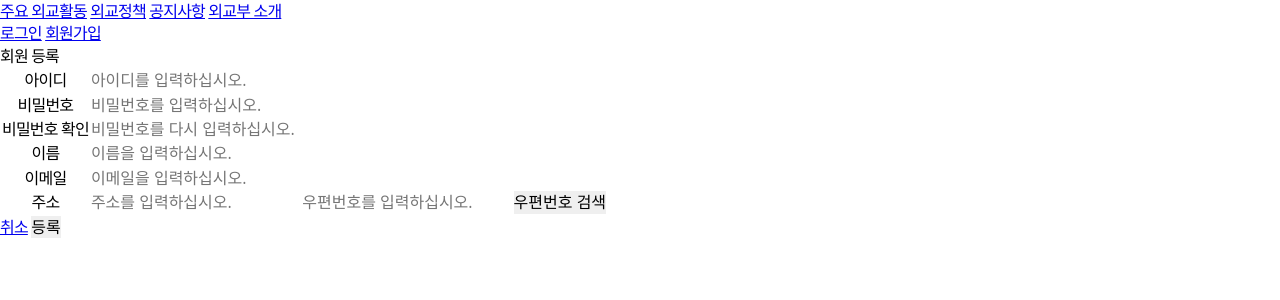
Repository: dllgkdud/pro07
Page: http://localhost/pro07/WEB-INF/views/users/add.jsp
An editor plug-in stored every save of this project. The page is shown before and after the next save, followed by the edit.
The browser window is 1280 px wide. The pictures show the whole page.
Some web fonts or font styles are not loaded; a fallback is used. The page is served by Tomcat 9. Nobody is signed in. Other server files are loaded and not shown. The template is opened directly, without the code that normally fills it, so the values that code supplies are empty.

Above is the page before, as saved 2022-12-30 04:54:14.

### pro07/src/main/webapp/WEB-INF/views/users/add.jsp
<%@ page language="java" contentType="text/html; charset=UTF-8"
    pageEncoding="UTF-8"%>
<%@ taglib prefix="c" uri="http://java.sun.com/jsp/jstl/core"  %>
<%@ taglib prefix="fmt" uri="http://java.sun.com/jsp/jstl/fmt" %>
<%@ taglib prefix="fn" uri = "http://java.sun.com/jsp/jstl/functions" %>
<c:set var="path1" value="${pageContext.request.contextPath }" />
<!DOCTYPE html>
<html>
<head>
	<meta charset="UTF-8">
    <meta http-equiv="X-UA-Compatible" content="IE=edge">
    <meta name="viewport" content="width=device-width, initial-scale=1.0, user-scalable=no">
	<title>회원 등록 | 외교부</title>
	<jsp:include page="../common/head.jsp"></jsp:include>
</head>
<body>
<header><jsp:include page="../common/header.jsp"></jsp:include></header>
	<h2>회원 등록</h2>
	<!-- action="${path1 }/notice/add.do" method="post" -->
	<form >
		<table class="table">
			<tr>
				<th>아이디</th>
				<td>
					<input type="text" name="id" id="id" placeholder="아이디를 입력하십시오." required>
				</td>
			</tr>
			<tr>
				<th>비밀번호</th>
				<td><input type="password" name="pw" id="pw" placeholder="비밀번호를 입력하십시오." required></td>
			</tr>
			<tr>
				<th>비밀번호 확인</th>
				<td><input type="password" name="pw2" id="pw2" placeholder="비밀번호를 다시 입력하십시오." required></td>
			</tr>
			<tr>
				<th>이름</th>
				<td><input type="text" name="name" id="name" placeholder="이름을 입력하십시오." required></td>
			</tr>
			<tr>
				<th>이메일</th>
				<td><input type="email" name="email" id="email" placeholder="이메일을 입력하십시오." required></td>
			</tr>
			<tr>
				<th>주소</th>
				<td>
					<input type="text" name="address" id="address" placeholder="주소를 입력하십시오." required>
					<input type="text" name="postcode" id="postcode" placeholder="우편번호를 입력하십시오." required>
					<button id="button" onclick="findAddr()" class="button">우편번호 검색</button>
				</td>
			</tr>
		</table>
		<div class="button_group">
			<a href="${path1 }/users/list" class="reset_btn">취소</a>
			<input type="submit" class="submit_btn" value="등록">
		</div>
	</form>
</body>
</html>

### pro07/src/main/webapp/WEB-INF/views/common/head.jsp
<%@ page language="java" contentType="text/html; charset=UTF-8"
    pageEncoding="UTF-8"%>

    <!-- open graph -->
    <meta name="author" content="외교부" />
	<meta name="keywords" content="외교부,외교부,여권,비자,재외공관" />
	<meta name="description" content="외교부 홈페이지에 오신것을 환영합니다." />
	<meta property="og:type" content="website" />
	<meta property="og:title" content="외교부" />
	<meta property="og:site_name" content="외교부" />
	<meta property="og:description" content="외교부" />
	<meta property="og:url" content="https://dllgkdud.github.io/web07" />
	<meta property="og:image" content="http://localhost:8097/mofa/resources/assets/siteimg.png" />

	<!-- absolute path -->
	<link rel="shortcut icon" href="http://localhost:8097/mofa/resources/assets/icon/favicon.ico">
    <link rel="icon" type="image/png" href="http://localhost:8097/mofa/resources/assets/icon/favicon-16X16.png" sizes="16x16">
    <link rel="icon" type="image/png" href="http://localhost:8097/mofa/resources/assets/icon/favicon-32X32.png" sizes="32x32">
    <link rel="icon" type="image/png" href="http://localhost:8097/mofa/resources/assets/icon/favicon-48X48.png" sizes="48x48">

	<link rel="stylesheet" href="http://localhost:8097/mofa/resources/assets/css/default.css" type="text/css">
	<link rel="stylesheet" href="http://localhost:8097/mofa/resources/assets/css/main.css" type="text/css">

### pro07/src/main/webapp/WEB-INF/views/common/header.jsp
<%@ page language="java" contentType="text/html; charset=UTF-8"
    pageEncoding="UTF-8"%>
<%@ taglib prefix="c" uri="http://java.sun.com/jsp/jstl/core"  %>
<%@ taglib prefix="fmt" uri="http://java.sun.com/jsp/jstl/fmt" %>
<%@ taglib prefix="fn" uri = "http://java.sun.com/jsp/jstl/functions" %>
<c:set var="path1" value="${pageContext.request.contextPath }" />
<header>
	<div class="gnb">
		<a href="#">주요 외교활동</a>
		<a href="#">외교정책</a>
		<a href="${path1 }/notice/list">공지사항</a>
		<a href="#">외교부 소개</a>
	</div>
	<div class="tnb">
		<a href="#">로그인</a>
		<a href="${path1 }/user/add">회원가입</a>
	</div>
</header>

### pro07/src/main/webapp/resources/assets/css/default.css
/*# sourceURL=resources/assets/css/default.css */
@charset "UTF-8";

/* font */
/* bebas-neue-regular - latin-ext_latin */
@font-face { font-family: 'Bebas Neue'; font-style: normal; font-weight: 400; src: url("/www-new/css/../fonts/bebas-neue-v2-latin-ext_latin-regular.eot"); /* IE9 Compat Modes */ src: local(""), url("/www-new/css/../fonts/bebas-neue-v2-latin-ext_latin-regular.eot?#iefix") format("embedded-opentype"), url("/www-new/css/../fonts/bebas-neue-v2-latin-ext_latin-regular.woff2") format("woff2"), url("/www-new/css/../fonts/bebas-neue-v2-latin-ext_latin-regular.woff") format("woff"), url("/www-new/css/../fonts/bebas-neue-v2-latin-ext_latin-regular.ttf") format("truetype"), url("/www-new/css/../fonts/bebas-neue-v2-latin-ext_latin-regular.svg#BebasNeue") format("svg"); /* Legacy iOS */ }

/* playfair-display-regular - latin */
@font-face { font-family: 'Playfair Display'; font-style: normal; font-weight: 400; src: url("/www-new/css/../fonts/playfair-display-v22-latin-regular.eot"); /* IE9 Compat Modes */ src: local(""), url("/www-new/css/../fonts/playfair-display-v22-latin-regular.eot?#iefix") format("embedded-opentype"), url("/www-new/css/../fonts/playfair-display-v22-latin-regular.woff2") format("woff2"), url("/www-new/css/../fonts/playfair-display-v22-latin-regular.woff") format("woff"), url("/www-new/css/../fonts/playfair-display-v22-latin-regular.ttf") format("truetype"), url("/www-new/css/../fonts/playfair-display-v22-latin-regular.svg#PlayfairDisplay") format("svg"); /* Legacy iOS */ }
@font-face { font-family: 'Playfair Display'; font-style: normal; font-weight: 500; src: url("/www-new/css/../fonts/playfair-display-v22-latin-500.eot"); /* IE9 Compat Modes */ src: local(""), url("/www-new/css/../fonts/playfair-display-v22-latin-500.eot?#iefix") format("embedded-opentype"), url("/www-new/css/../fonts/playfair-display-v22-latin-500.woff2") format("woff2"), url("/www-new/css/../fonts/playfair-display-v22-latin-500.woff") format("woff"), url("/www-new/css/../fonts/playfair-display-v22-latin-500.ttf") format("truetype"), url("/www-new/css/../fonts/playfair-display-v22-latin-500.svg#PlayfairDisplay") format("svg"); /* Legacy iOS */ }
@font-face { font-family: 'Playfair Display'; font-style: normal; font-weight: 600; src: url("/www-new/css/../fonts/playfair-display-v22-latin-600.eot"); /* IE9 Compat Modes */ src: local(""), url("/www-new/css/../fonts/playfair-display-v22-latin-600.eot?#iefix") format("embedded-opentype"), url("/www-new/css/../fonts/playfair-display-v22-latin-600.woff2") format("woff2"), url("/www-new/css/../fonts/playfair-display-v22-latin-600.woff") format("woff"), url("/www-new/css/../fonts/playfair-display-v22-latin-600.ttf") format("truetype"), url("/www-new/css/../fonts/playfair-display-v22-latin-600.svg#PlayfairDisplay") format("svg"); /* Legacy iOS */ }

/* eb-garamond-regular - latin */
@font-face { font-family: 'EB Garamond'; font-style: normal; font-weight: 400; src: url("/www-new/css/../fonts/eb-garamond-v15-latin-regular.eot"); /* IE9 Compat Modes */ src: local(""), url("/www-new/css/../fonts/eb-garamond-v15-latin-regular.eot?#iefix") format("embedded-opentype"), url("/www-new/css/../fonts/eb-garamond-v15-latin-regular.woff2") format("woff2"), url("/www-new/css/../fonts/eb-garamond-v15-latin-regular.woff") format("woff"), url("/www-new/css/../fonts/eb-garamond-v15-latin-regular.ttf") format("truetype"), url("/www-new/css/../fonts/eb-garamond-v15-latin-regular.svg#EBGaramond") format("svg"); /* Legacy iOS */ }
@font-face { font-family: 'EB Garamond'; font-style: normal; font-weight: 500; src: url("/www-new/css/../fonts/eb-garamond-v15-latin-500.eot"); /* IE9 Compat Modes */ src: local(""), url("/www-new/css/../fonts/eb-garamond-v15-latin-500.eot?#iefix") format("embedded-opentype"), url("/www-new/css/../fonts/eb-garamond-v15-latin-500.woff2") format("woff2"), url("/www-new/css/../fonts/eb-garamond-v15-latin-500.woff") format("woff"), url("/www-new/css/../fonts/eb-garamond-v15-latin-500.ttf") format("truetype"), url("/www-new/css/../fonts/eb-garamond-v15-latin-500.svg#EBGaramond") format("svg"); /* Legacy iOS */ }
@font-face { font-family: 'EB Garamond'; font-style: normal; font-weight: 600; src: url("/www-new/css/../fonts/eb-garamond-v15-latin-600.eot"); /* IE9 Compat Modes */ src: local(""), url("/www-new/css/../fonts/eb-garamond-v15-latin-600.eot?#iefix") format("embedded-opentype"), url("/www-new/css/../fonts/eb-garamond-v15-latin-600.woff2") format("woff2"), url("/www-new/css/../fonts/eb-garamond-v15-latin-600.woff") format("woff"), url("/www-new/css/../fonts/eb-garamond-v15-latin-600.ttf") format("truetype"), url("/www-new/css/../fonts/eb-garamond-v15-latin-600.svg#EBGaramond") format("svg"); /* Legacy iOS */ }
@font-face { font-family: 'EB Garamond'; font-style: normal; font-weight: 700; src: url("/www-new/css/../fonts/eb-garamond-v15-latin-700.eot"); /* IE9 Compat Modes */ src: local(""), url("/www-new/css/../fonts/eb-garamond-v15-latin-700.eot?#iefix") format("embedded-opentype"), url("/www-new/css/../fonts/eb-garamond-v15-latin-700.woff2") format("woff2"), url("/www-new/css/../fonts/eb-garamond-v15-latin-700.woff") format("woff"), url("/www-new/css/../fonts/eb-garamond-v15-latin-700.ttf") format("truetype"), url("/www-new/css/../fonts/eb-garamond-v15-latin-700.svg#EBGaramond") format("svg"); /* Legacy iOS */ }

/* Noto Sans */
@font-face { font-family: 'Noto Sans'; font-weight: 200; font-style: normal; src: url("/www-new/css/../fonts/NotoSansKR-Light.eot"); src: local(��), url("/www-new/css/../fonts/NotoSansKR-Light.eot#iefix") format("embedded-opentype"), url("/www-new/css/../fonts/NotoSansKR-Light.woff") format("woff"), url("/www-new/css/../fonts/NotoSansKR-Light.otf") format("opentype"); }
@font-face { font-family: 'Noto Sans'; font-weight: 300; font-style: normal; src: url("/www-new/css/../fonts/NotoSansKR-DemiLight.eot"); src: local(��), url("/www-new/css/../fonts/NotoSansKR-DemiLight.eot#iefix") format("embedded-opentype"), url("/www-new/css/../fonts/NotoSansKR-DemiLight.woff") format("woff"), url("/www-new/css/../fonts/NotoSansKR-DemiLight.otf") format("opentype"); }
@font-face { font-family: 'Noto Sans'; font-weight: 400; font-style: normal; src: url("/www-new/css/../common/fonts/NotoSansKR-Regular.eot"); src: local(��), url("/www-new/css/../fonts/NotoSansKR-Regular.eot#iefix") format("embedded-opentype"), url("/www-new/css/../fonts/NotoSansKR-Regular.woff") format("woff"), url("/www-new/css/../fonts/NotoSansKR-Regular.otf") format("opentype"); }
@font-face { font-family: 'Noto Sans'; font-weight: 500; font-style: normal; src: url("/www-new/css/../fonts/NotoSansKR-Medium.eot"); src: local(��), url("/www-new/css/../fonts/NotoSansKR-Medium.eot#iefix") format("embedded-opentype"), url("/www-new/css/../fonts/NotoSansKR-Medium.woff") format("woff"), url("/www-new/css/../fonts/NotoSansKR-Medium.otf") format("opentype"); }
@font-face { font-family: 'Noto Sans'; font-weight: 700; font-style: normal; src: url("/www-new/css/../fonts/NotoSansKR-Bold.eot"); src: local(��), url("/www-new/css/../fonts/NotoSansKR-Bold.eot#iefix") format("embedded-opentype"), url("/www-new/css/../fonts/NotoSansKR-Bold.woff") format("woff"), url("/www-new/css/../fonts/NotoSansKR-Bold.otf") format("opentype"); }

/* NanumMyeongjo */
@font-face { font-family: 'NanumMyeongjo'; font-style: normal; font-weight: 400; src: local("��"), url("/www-new/css/../fonts/NanumMyeongjoR.woff2") format("woff2"), url("/www-new/css/../fonts/NanumMyeongjoR.woff") format("woff"), url("/www-new/css/../fonts/NanumMyeongjoR.ttf") format("truetype"), url("/www-new/css/../fonts/NanumMyeongjoR.otf") format("opentype"), url("/www-new/css/../fonts/NanumMyeongjoR.eot") format("embedded-opentype"); }
@font-face { font-family: 'NanumMyeongjo'; font-style: normal; font-weight: 700; src: local("��"), url("/www-new/css/../fonts/NanumMyeongjoB.woff2") format("woff2"), url("/www-new/css/../fonts/NanumMyeongjoB.woff") format("woff"), url("/www-new/css/../fonts/NanumMyeongjoB.ttf") format("truetype"), url("/www-new/css/../fonts/NanumMyeongjoB.otf") format("opentype"), url("/www-new/css/../fonts/NanumMyeongjoB.eot") format("embedded-opentype"); }
@font-face { font-family: 'NanumMyeongjo'; font-style: normal; font-weight: 900; src: local("��"), url("/www-new/css/../fonts/NanumMyeongjoEB.woff2") format("woff2"), url("/www-new/css/../fonts/NanumMyeongjoEB.woff") format("woff"), url("/www-new/css/../fonts/NanumMyeongjoEB.ttf") format("truetype"), url("/www-new/css/../fonts/NanumMyeongjoEB.otf") format("opentype"), url("/www-new/css/../fonts/NanumMyeongjoEB.eot") format("embedded-opentype"); }
@font-face { font-family: 'GmarketSans'; font-style: normal; font-weight: 300; src: local("��"), url("/www-new/css/../fonts/GmarketSansLight.woff2") format("woff2"), url("/www-new/css/../fonts/GmarketSansLight.woff") format("woff"); }
@font-face { font-family: 'GmarketSans'; font-style: normal; font-weight: 500; src: local("��"), url("/www-new/css/../fonts/GmarketSansMedium.woff2") format("woff2"), url("/www-new/css/../fonts/GmarketSansMedium.woff") format("woff"); }
@font-face { font-family: 'GmarketSans'; font-style: normal; font-weight: 600; src: local("��"), url("/www-new/css/../fonts/GmarketSansBold.woff2") format("woff2"), url("/www-new/css/../fonts/GmarketSansBold.woff") format("woff"); }

/* reset.css */
html, body, div, span, iframe, h1, h2, h3, h4, h5, h6, p, a, abbr, address, em, img, small, strike, strong, sub, sup, var, b, u, i, center, dl, dt, dd, ul, ol, li, form, fieldset, legend, label, input, button, select, textarea, header, main, footer, section, article, aside, menu, nav, table, tbody, tfoot, thead, tr, th, td { margin: 0; padding: 0; border: 0; font-size: 100%; font: inherit; -webkit-box-sizing: border-box; box-sizing: border-box; }
html, body { width: 100%; height: 100%; }
body { font-size: 16px; line-height: 1.4; color: #000; letter-spacing: -0.05em; font-family: 'Open Sans','Noto Sans','sans-serif'; }


/* header */
.header {height: 145px;position: absolute;left: 0;top: 0;overflow: hidden;z-index: 100;background-color: #fff;width: 100%;/* box-shadow: 0px 0px 8px 4px rgb(51 51 51 / 20%); */}
.header:after { content: ''; display: block; clear: both; }
.header:before {position: absolute;left: 0;top: 146px;bottom: 0;width: 400px;height: calc(100% - 144px);background: #14296c url("/www-new/css/../images/common/bg_gnb.jpg") no-repeat right top/100% auto;content: '';}
.header .top_menu {width: 100%;height: 60px;margin: 0 auto;display: flex;align-items: center;justify-content: space-between;font-size: 12px;line-height: 30px;font-family: "Noto Sans", "sans-serif";/* border-bottom: 1px solid; */}
.header .top_menu:after { content: ''; display: block; clear: both; }

/* footer */

### pro07/src/main/webapp/resources/assets/css/main.css
/*# sourceURL=resources/assets/css/main.css */
@charset "UTF-8";

/* media */
@media screen and (max-width:767px) {
  body, html { margin: 0; padding: 0; }
  .container { display: flex; flex-direction: row; }
  .container .flex-wrap { flex-basis: 767px; }
  .player .viewer { max-width:100vw;d width:auto; }
  i > img {  max-width: 100vw; height: auto; }
  .east_area { display: block; }
}
@media screen and (min-width:768px) and (max-width:959px){
  body, html { margin: 0; padding: 0; }
  .player .viewer { max-width:100vw; width:auto; }
  i > img { max-width: 100vw; height: auto; }
}
@media screen and (min-width:960px) {
  body, html { margin: 0; padding: 0; }
  .player .viewer { max-width:100vw; width:auto; }
  i > img { min-width: 100vw;  height: auto; }
}

/* header */
.nav-tabs .nav-link { border: none; }
.nav-tabs .nav-link:hover { border-bottom: 2px solid #a47e4f; }

/* main */
.ml-3 { margin-left: 1rem!important; }
.sns_channel { white-space: nowrap; overflow-x: auto; overflow-y: hidden; font-size: 0; line-height: 0; }
.sns_channer > ol > li { padding: 2px; text-align: center; margin-right: 42px; width: 416px; display: inline-block;
vertical-align: top; line-height: 1.4; font-size: 16px; }
.sns_channel ol > li div[tabindex] { overflow-x: hidden; overflow-y: auto; width: 100%;
position: relative; z-index: 1; background-color: #fff; }
.center { text-align: center; }
.east_area > li.dokdo { background-image: url(https://www.mofa.go.kr/www-new/css/../images/main/bg_east_dokdo.png); }
.east_area > li { margin-bottom: 40px; height: 260px; padding: 43px 50px 0; position: relative;
background-repeat: no-repeat; background-size: cover; background-position: center; }
.east_area > li.sea { background-image: url(https://www.mofa.go.kr/www-new/css/../images/main/bg_east_sea.png); }
.east_area > li:last-of-type { margin-bottom: 0; }
.east_btn button { padding: 0.3em; background-color: rgba(0,0,0,0.2); color: #fff; border: 1px solid #fff; }
.east_btn button:hover { background-color: #fff; color: #222; }

/* breadcrumbs */
.breadcrumbs #bc:after { content:" > "; }
.breadcrumbs #bc:last-child { content:""; }

/* agree */
.agree { width: 90vw; white-space: pre-wrap; margin: 2rem 5rem; padding: 10px; border: 1px solid #eee; height: 400px; overflow-y: auto; }
.agree_ck { text-align: left; padding-left: 1rem; }
label[for="ck2"] { margin-bottom:1rem; }
label[for="ck3"] { margin-top:1rem; }

/* page */
#tit_eff { color: #0c3975; }
.his_info > ul { position: relative; padding-left: 50px; }
.his_info > ul:before { content: ''; position: absolute; left: 50px; top: 24px; width: 1px; height: 100%; background-color: #dfdfdf; }
li:before { position: absolute; left: 0; top: 0.6em; width: 5px; height: 2px; display: inline-block; content: ''; background-color: #a5b4c3; }

/* footer */
div.nav span { padding: 0.8rem; }

After the next save:
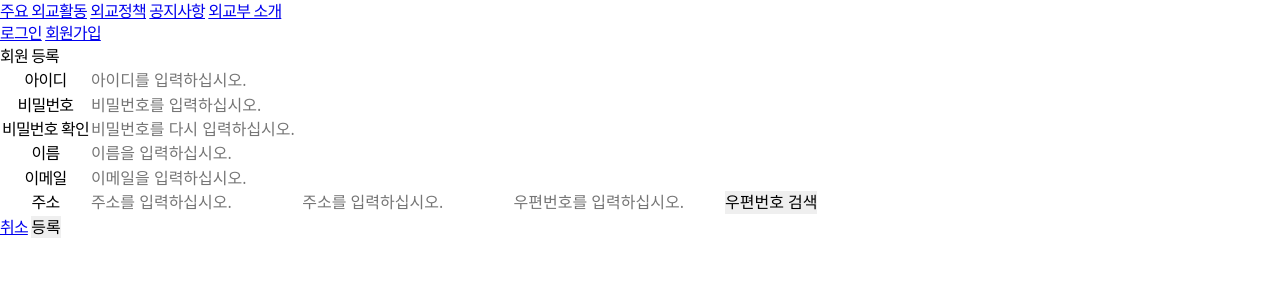
Saved 30 s later.
--- a/pro07/src/main/webapp/WEB-INF/views/users/add.jsp
+++ b/pro07/src/main/webapp/WEB-INF/views/users/add.jsp
@@ -45,6 +45,7 @@
 				<th>주소</th>
 				<td>
 					<input type="text" name="address" id="address" placeholder="주소를 입력하십시오." required>
+					<input type="text" name="address2" id="address2" placeholder="주소를 입력하십시오." required />
 					<input type="text" name="postcode" id="postcode" placeholder="우편번호를 입력하십시오." required>
 					<button id="button" onclick="findAddr()" class="button">우편번호 검색</button>
 				</td>
